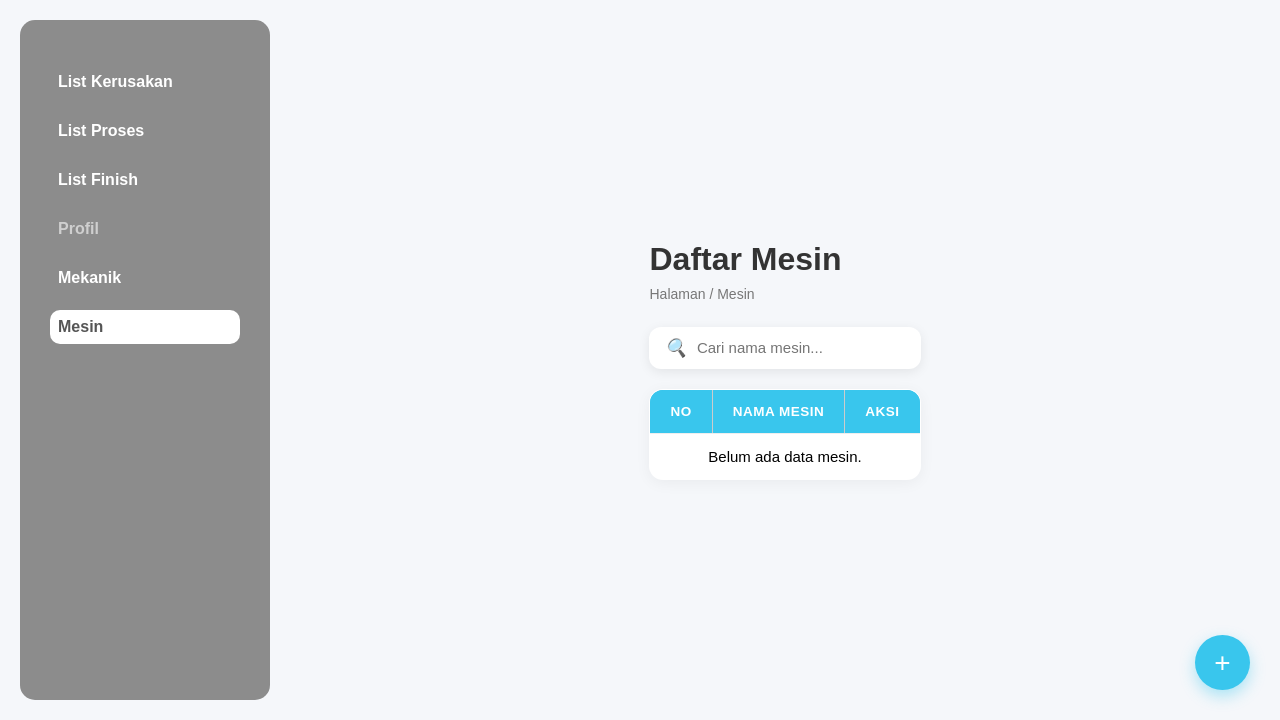
Repository: 1rHub/maintenance
Page: http://localhost/mesin.php
These files come from the project's save history. The page is drawn as it stood at one moment and after a run of saves; the edit follows.
The browser window is 1280 px wide. The pictures show the whole page.
The page is run by PHP 8.4 with error messages shown; the project is at /var/www/html/. Queries for data that is not in the repository find no rows.

Above is the page before, as saved 2025-10-20 09:12:13.

After the next 2 saves:
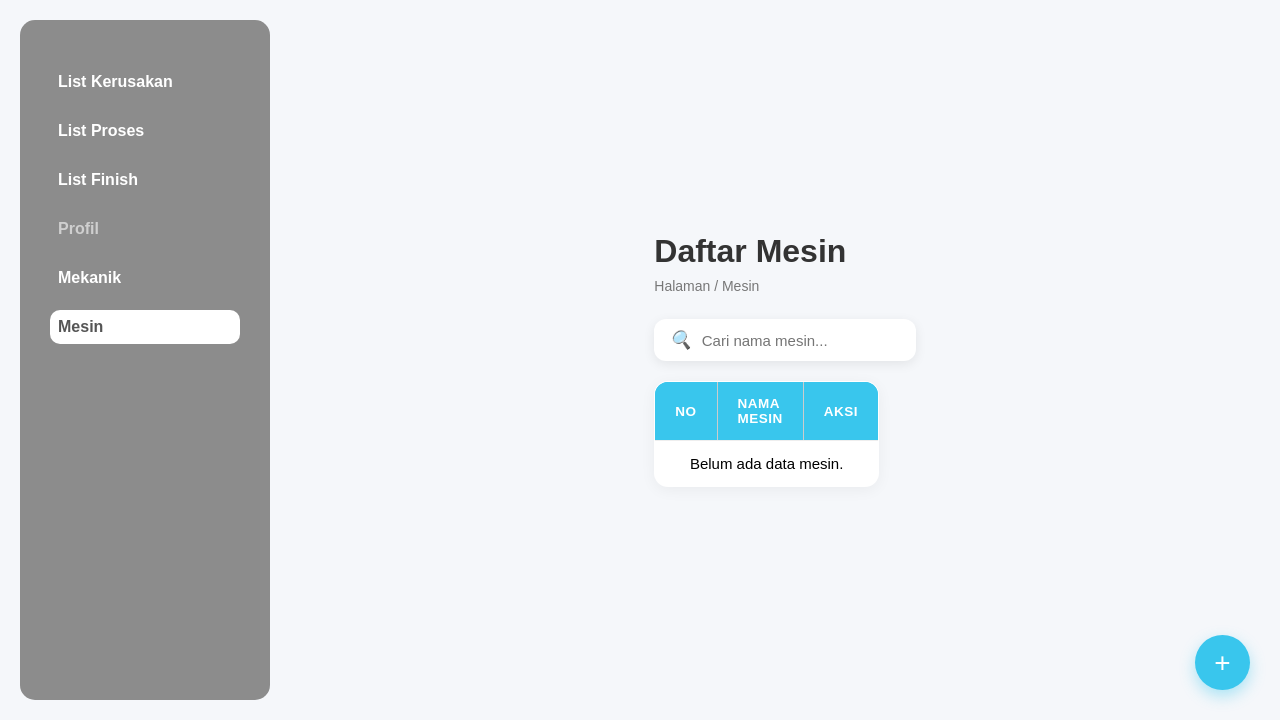
The 2 saves are shown as one change because they came seconds apart.
The last was saved 6 s later.
--- a/mesin.php
+++ b/mesin.php
@@ -84,7 +84,7 @@ $mesin_list = mysqli_fetch_all($result, MYSQLI_ASSOC);
 
         /* Tabel */
         table {
-            width: 100%;
+            width: 200px;
             border-collapse: collapse;
             background: white;
             border-radius: 14px;
